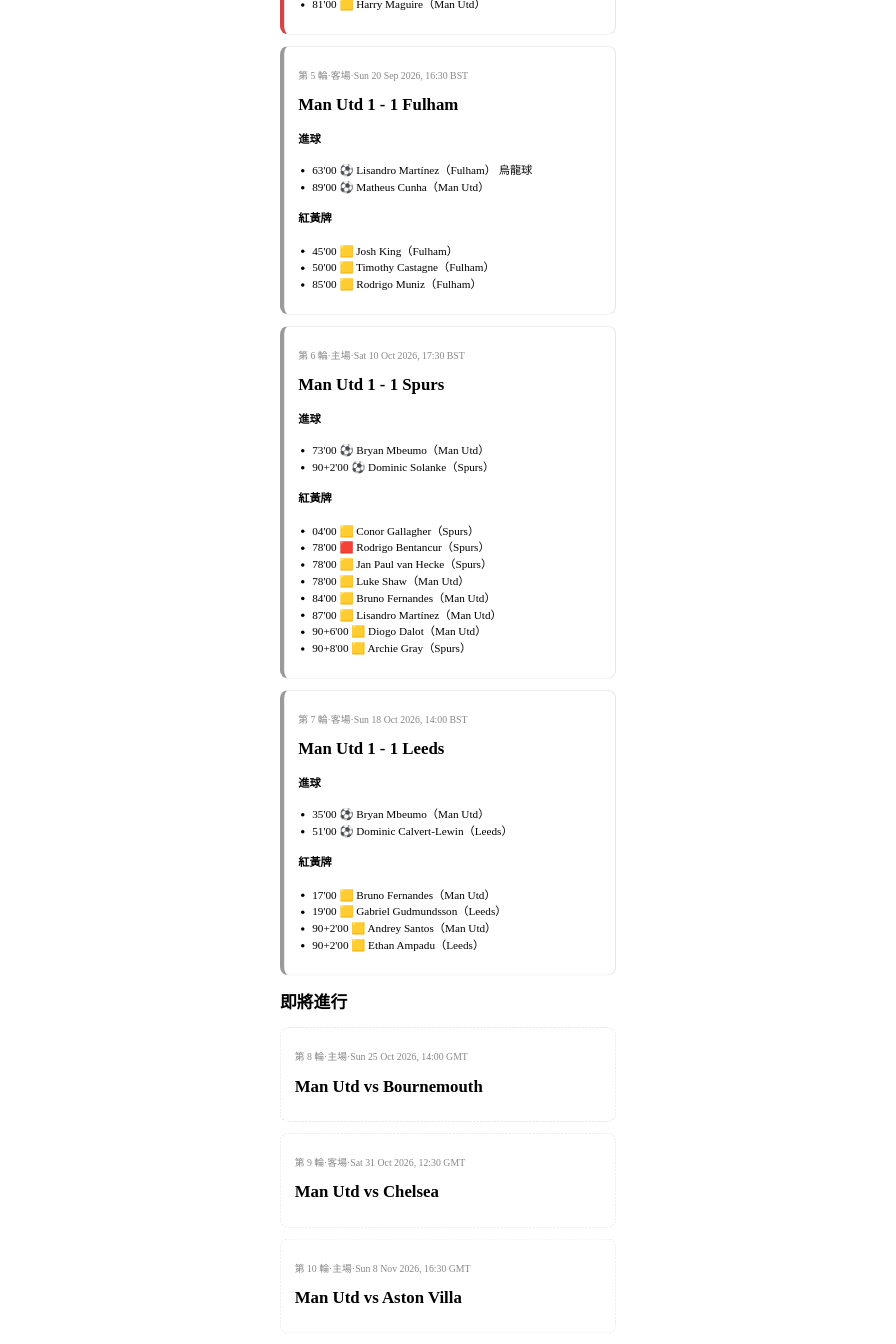
Repository: Chengyu0814/Premier-League-Dashboard
Page: / (app in frontend/)
These files come from the project's save history. The page is drawn as it stood at one moment and after the next save; the edit follows.
The browser window is 1280 px wide. The pictures show the part of the page from y = 1112 to 3032 px (the page is 3032 px tall before and 3024 px after), at 70% of full size.
The project was rebuilt for these pictures with package versions that can differ from the ones it lists, and the page was loaded fresh each time. Also part of the build but not shown: frontend/vite.config.js.

Above is the page before, as saved 2026-10-27 14:11:51.

### frontend/src/App.jsx
import PremierLeague from'./PremierLeague.jsx';
import "./index.css";

function App() {

  return (
    <>
    <PremierLeague/>
    </>
)
}

export default App

### frontend/src/PremierLeague.jsx
import { useState, useEffect } from 'react'
import MatchCard from './MatchCard.jsx'
 import Summary from './Summary.jsx'

function PremierLeague() {

  const [matches, setMatches] = useState([])

  useEffect(() => {
    fetch('/man_utd_summary.json')
      .then((res) => res.json())
      .then((data) => {setMatches(data)})
    }, [])

  const finished = matches.filter((m) => m.status === 'C')
  const upcoming = matches.filter((m) => m.status === 'U')

  return (
    <div className="dashboard">
    <h1>Man Utd Dashboard</h1>
    <Summary matches={finished}/>
     <h2>Finished</h2>
    {finished.map(
      (m) =>(<MatchCard key={m.gameweek} match={m} />)
    )}
    <h2>即將進行</h2>
    {upcoming.map((m) => <MatchCard key={m.gameweek} match={m} />)}
    </div>
)
}

export default PremierLeague

### frontend/src/index.css
.dashboard {
    max-width: 480px;
    margin: 0 auto;
    padding: 0 16px;
}

.match-card{
    border: 1px solid #ddd;
    border-radius: 12px;
    padding: 16px 20px;
    margin: 16px 0;
    max-width: 480px;
    text-align: left;
}

.match-card.result-W { border-left: 6px solid #2e9e5b; }
.match-card.result-D { border-left: 6px solid #9a9a9a; }
.match-card.result-L { border-left: 6px solid #d64545; }

.match-card .kickoff{
    color: #888;
    font-size: 14px;
}

.match-card ul{
    padding-left: 20px;
}

.summary {
    display: flex;
    gap: 12px;
    max-width: 480px;
}
.stat {
    flex: 1;
    border: 1px solid #ddd;
    border-radius: 12px;
    padding: 12px 0;
    text-align: center;
}
.stat-value {
    font-size: 28px;
    font-weight: bold;
}
.stat-label {
    color: #888;
    font-size: 14px;
}
.match-card.upcoming {
    border-style: dashed;
  }

.match-count {
    color: black;
    font-size: 25px;
    margin-bottom: 8px;
    text-align: left;
}

### frontend/src/MatchCard.jsx
import { getSides, getResult } from './matchUtils.js'

const CARD_LABEL = { Y: '🟨', R: '🟥', YR: '🟨🟥' }

function MatchCard({ match }) {
  const { gameweek, kickoff, status, goals, cards } = match
  const { isHome, us, them } = getSides(match)
  const venue = isHome ? '主場' : '客場'

  if (status !== 'C') {
  return (
    <div className="match-card upcoming">
      <p className="kickoff">第 {gameweek} 輪·{venue}·{kickoff}</p>
      <h2>{us.team} vs {them.team}</h2>
    </div>
  )
  }
  const { result } = getResult(match)
  return (
  <div className={`match-card result-${result}`}>
    <p className="kickoff">第 {gameweek} 輪·{venue}·{kickoff}</p>
    <h2>{us.team} {us.score} - {them.score} {them.team}</h2>

    <h4>進球</h4>
    <ul>
    {goals.map((g, i) => (
      <li key={i}>
        {g.time} ⚽ {g.player}（{g.team}）
        {g.type === 'O' && ' 烏龍球'}
        {g.type === 'P' && ' 點球'}
      </li>
      ))}

    </ul>
    <h4>紅黃牌</h4>
    <ul>
      {cards.map((c, i) => (
        <li key={i}>
          {c.time} {CARD_LABEL[c.card]} {c.player}（{c.team}）
        </li>
    ))}
    </ul>
  </div>
  )
}

export default MatchCard

### frontend/src/Summary.jsx
import { getResult } from './matchUtils.js'

function Summary({ matches }) {
    let win = 0, draw = 0, loss = 0, goalsFor = 0, goalsAgainst = 0

    for (const m of matches) {

        const {us, them, result} = getResult(m)

        goalsFor += us.score
        goalsAgainst += them.score
        if (result==="W") win++
        else if (result==="D") draw++
        else loss++
    }

    const stats = [
        { label: 'Win', value: win },
        { label: 'Draw', value: draw },
        { label: 'Loss', value: loss },
        { label: 'Goals', value: goalsFor },
        { label: 'Conceded', value: goalsAgainst }
    ]

    return (
    <div>
    <div className="match-count">Currently {matches.length} matches</div>
    <div className="summary">
        {stats.map((s) => (
        <div key={s.label} className="stat">
            <div className="stat-value">{s.value}</div>
            <div className="stat-label">{s.label}</div>
        </div>
        ))}
    </div>
    </div>
    )
}

export default Summary

### frontend/src/matchUtils.js
export const TEAM = 'Man Utd'

export function getSides(match) {
    const isHome = match.home.team === TEAM
    const us = isHome ? match.home : match.away
    const them = isHome ? match.away : match.home
    return { isHome, us, them }
}

export function getResult(match) {
    const { us, them } = getSides(match)

    let result = 'D'
    if (us.score > them.score) result = 'W'
    else if (us.score < them.score) result = 'L'

    return { us, them, result }
}

### frontend/public/man_utd_summary.json
[
  {
    "gameweek": 3,
    "kickoff": "Sun 6 Sep 2026, 14:00 BST",
    "status": "C",
    "home": {
      "team": "Everton",
      "score": 2
    },
    "away": {
      "team": "Man Utd",
      "score": 2
    },
    "goals": [
      {
        "time": "46'00",
        "team": "Man Utd",
        "player": "Bryan Mbeumo",
        "type": "G"
      },
      {
        "time": "83'00",
        "team": "Everton",
        "player": "Tyrique George",
        "type": "G"
      },
      {
        "time": "88'00",
        "team": "Man Utd",
        "player": "Benjamin Sesko",
        "type": "G"
      },
      {
        "time": "90+6'00",
        "team": "Everton",
        "player": "Ainsley Maitland-Niles",
        "type": "G"
      }
    ],
    "cards": [
      {
        "time": "13'00",
        "team": "Everton",
        "player": "Harrison Armstrong",
        "card": "Y"
      },
      {
        "time": "34'00",
        "team": "Everton",
        "player": "Brennan Johnson",
        "card": "Y"
      },
      {
        "time": "62'00",
        "team": "Man Utd",
        "player": "Luke Shaw",
        "card": "Y"
      },
      {
        "time": "64'00",
        "team": "Everton",
        "player": "Merlin Röhl",
        "card": "Y"
      },
      {
        "time": "79'00",
        "team": "Man Utd",
        "player": "Harry Maguire",
        "card": "Y"
      },
      {
        "time": "81'00",
        "team": "Man Utd",
        "player": "Diogo Dalot",
        "card": "Y"
      }
    ]
  },
  {
    "gameweek": 4,
    "kickoff": "Sun 13 Sep 2026, 16:30 BST",
    "status": "C",
    "home": {
      "team": "Man Utd",
      "score": 0
    },
    "away": {
      "team": "Man City",
      "score": 1
    },
    "goals": [
      {
        "time": "60'00",
        "team": "Man City",
        "player": "Erling Haaland",
        "type": "G"
      }
    ],
    "cards": [
      {
        "time": "23'00",
        "team": "Man City",
        "player": "Phil Foden",
        "card": "R"
      },
      {
        "time": "79'00",
        "team": "Man City",
        "player": "Josko Gvardiol",
        "card": "Y"
      },
      {
        "time": "80'00",
        "team": "Man City",
        "player": "Enzo Fernández",
        "card": "Y"
      },
      {
        "time": "81'00",
        "team": "Man Utd",
        "player": "Harry Maguire",
        "card": "Y"
      }
    ]
  },
  {
    "gameweek": 5,
    "kickoff": "Sun 20 Sep 2026, 16:30 BST",
    "status": "C",
    "home": {
      "team": "Fulham",
      "score": 1
    },
    "away": {
      "team": "Man Utd",
      "score": 1
    },
    "goals": [
      {
        "time": "63'00",
        "team": "Fulham",
        "player": "Lisandro Martínez",
        "type": "O"
      },
      {
        "time": "89'00",
        "team": "Man Utd",
        "player": "Matheus Cunha",
        "type": "G"
      }
    ],
    "cards": [
      {
        "time": "45'00",
        "team": "Fulham",
        "player": "Josh King",
        "card": "Y"
      },
      {
        "time": "50'00",
        "team": "Fulham",
        "player": "Timothy Castagne",
        "card": "Y"
      },
      {
        "time": "85'00",
        "team": "Fulham",
        "player": "Rodrigo Muniz",
        "card": "Y"
      }
    ]
  },
  {
    "gameweek": 6,
    "kickoff": "Sat 10 Oct 2026, 17:30 BST",
    "status": "C",
    "home": {
      "team": "Man Utd",
      "score": 1
    },
    "away": {
      "team": "Spurs",
      "score": 1
    },
    "goals": [
      {
        "time": "73'00",
        "team": "Man Utd",
        "player": "Bryan Mbeumo",
        "type": "G"
      },
      {
        "time": "90+2'00",
        "team": "Spurs",
        "player": "Dominic Solanke",
        "type": "G"
      }
    ],
    "cards": [
      {
        "time": "04'00",
        "team": "Spurs",
        "player": "Conor Gallagher",
        "card": "Y"
      },
      {
        "time": "78'00",
        "team": "Spurs",
        "player": "Rodrigo Bentancur",
        "card": "R"
      },
      {
        "time": "78'00",
        "team": "Spurs",
        "player": "Jan Paul van Hecke",
        "card": "Y"
      },
      {
        "time": "78'00",
        "team": "Man Utd",
        "player": "Luke Shaw",
        "card": "Y"
      },
      {
        "time": "84'00",
        "team": "Man Utd",
        "player": "Bruno Fernandes",
        "card": "Y"
      },
      {
        "time": "87'00",
        "team": "Man Utd",
        "player": "Lisandro Martínez",
        "card": "Y"
      },
      {
        "time": "90+6'00",
        "team": "Man Utd",
        "player": "Diogo Dalot",
        "card": "Y"
      },
      {
        "time": "90+8'00",
        "team": "Spurs",
        "player": "Archie Gray",
        "card": "Y"
      }
    ]
  },
  {
    "gameweek": 7,
    "kickoff": "Sun 18 Oct 2026, 14:00 BST",
    "status": "C",
    "home": {
      "team": "Leeds",
      "score": 1
    },
    "away": {
      "team": "Man Utd",
      "score": 1
    },
    "goals": [
      {
        "time": "35'00",
        "team": "Man Utd",
        "player": "Bryan Mbeumo",
        "type": "G"
      },
      {
        "time": "51'00",
        "team": "Leeds",
        "player": "Dominic Calvert-Lewin",
        "type": "G"
      }
    ],
    "cards": [
      {
        "time": "17'00",
        "team": "Man Utd",
        "player": "Bruno Fernandes",
        "card": "Y"
      },
      {
        "time": "19'00",
        "team": "Leeds",
        "player": "Gabriel Gudmundsson",
        "card": "Y"
      },
      {
        "time": "90+2'00",
        "team": "Man Utd",
        "player": "Andrey Santos",
        "card": "Y"
      },
      {
        "time": "90+2'00",
        "team": "Leeds",
        "player": "Ethan Ampadu",
        "card": "Y"
      }
    ]
  },
  {
    "gameweek": 8,
    "kickoff": "Sun 25 Oct 2026, 14:00 GMT",
    "status": "U",
    "home": {
      "team": "Man Utd",
      "score": null
    },
    "away": {
      "team": "Bournemouth",
      "score": null
    },
    "goals": [],
    "cards": []
  },
  {
    "gameweek": 9,
    "kickoff": "Sat 31 Oct 2026, 12:30 GMT",
    "status": "U",
    "home": {
      "team": "Chelsea",
      "score": null
    },
    "away": {
      "team": "Man Utd",
      "score": null
    },
    "goals": [],
    "cards": []
  },
  {
    "gameweek": 10,
    "kickoff": "Sun 8 Nov 2026, 16:30 GMT",
    "status": "U",
    "home": {
      "team": "Man Utd",
      "score": null
    },
    "away": {
      "team": "Aston Villa",
      "score": null
    },
    "goals": [],
    "cards": []
  }
]

Loaded but not shown: frontend/index.html (common file); frontend/src/main.jsx (common file)

After the next save:
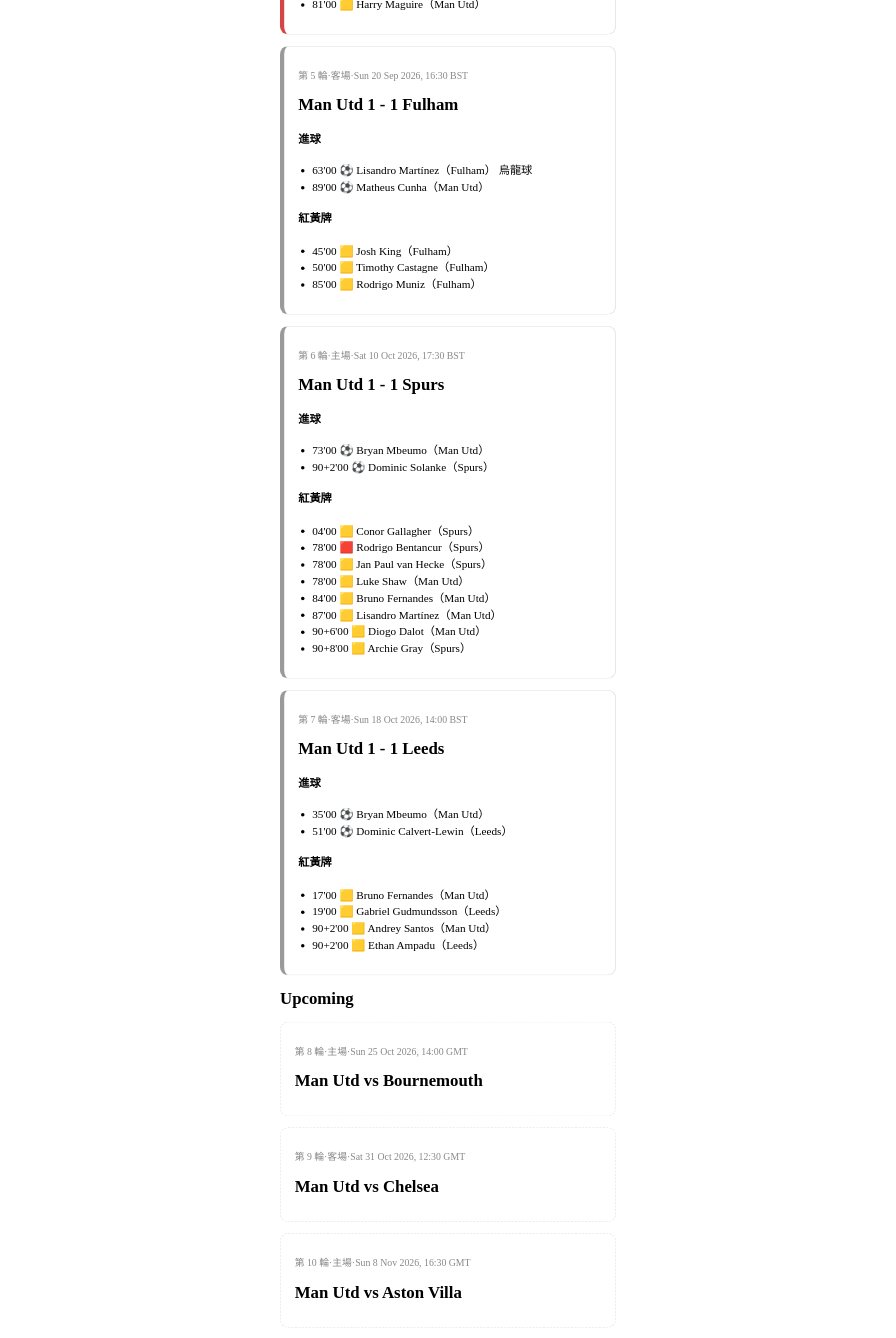
Saved 7 s later.
--- a/frontend/src/PremierLeague.jsx
+++ b/frontend/src/PremierLeague.jsx
@@ -23,7 +23,7 @@
     {finished.map(
       (m) =>(<MatchCard key={m.gameweek} match={m} />)
     )}
-    <h2>即將進行</h2>
+    <h2>Upcoming</h2>
     {upcoming.map((m) => <MatchCard key={m.gameweek} match={m} />)}
     </div>
 )
